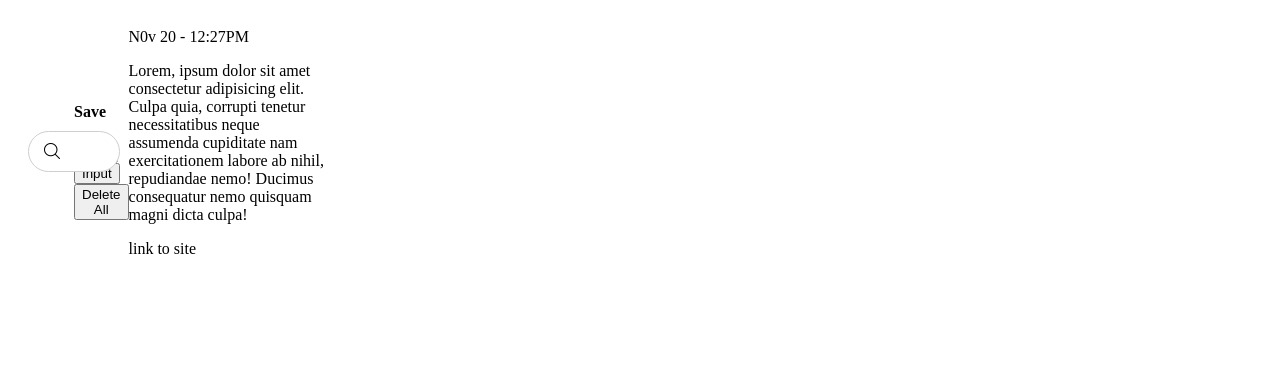
Repository: IdowuMicheal-1/Text-Tab-Organizer
Page: popup.html
These files come from the project's save history. The page is drawn as it stood at one moment and after the next save; the edit follows.
The browser window is 1280 px wide. The pictures show the whole page.

Above is the page before, as saved 2025-05-14 10:23:15.

### popup.html
<!DOCTYPE html>
<html lang="en">
  <head>
    <meta charset="UTF-8" />
    <meta name="viewport" content="width=device-width, initial-scale=1.0" />
    <link rel="stylesheet" href="./popup.css" />
    <title>Tabs</title>
  </head>
  <body>
    <div class="top-div">
        <div class="input-div">
      <input type="text" class="text-ipt"/>
      <img src="./assets/search.png" class="search-icon"/>
      </div>
      <div>
        <div>
          <h4>Save</h4>
          <button>Tabs</button>
          <button>Input</button>
        </div>
        <button>Delete All</button>
      </div>
      <div>
        <div>N0v 20 - 12:27PM</div>

        <p>
          Lorem, ipsum dolor sit amet consectetur adipisicing elit. Culpa quia,
          corrupti tenetur necessitatibus neque assumenda cupiditate nam
          exercitationem labore ab nihil, repudiandae nemo! Ducimus consequatur
          nemo quisquam magni dicta culpa!
        </p>
        <p>link to site</p>
      </div>
    </div>
    <script src="./popup.js"></script>
  </body>
</html>

### popup.css
body {
  width: 300px;
  padding: 20px;
  height: 100px;
  min-height: 100px;
}

.top-div{
    display: flex;
    align-items: center;
}

.input-div {
  position: relative;
}

.search-icon {
  position: absolute;
  top: 12px;
  left: 16px;
  width: 16px;
  height: 16px;
  color: #cecece;
  filter: brightness(20%);
}

.text-ipt {
  width: 100%;
  border-radius: 24px;
  padding: 12px 8px;
  border: 1px solid #cecece;
  padding-left: 36px;
  color: #303030;
}

Loaded but not shown: popup.js (no copy from this time; the picture is the same without it)

After the next save:
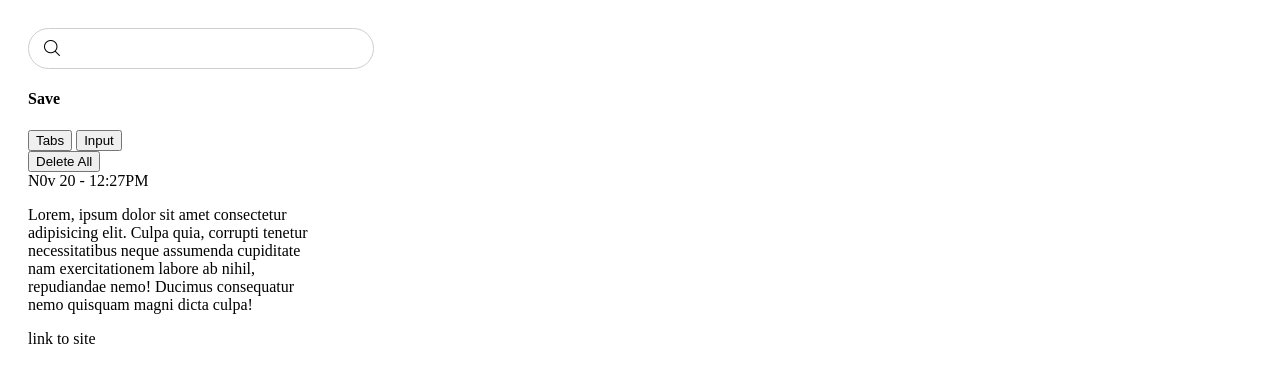
Saved 20 s later.
--- a/popup.css
+++ b/popup.css
@@ -5,10 +5,7 @@ body {
   min-height: 100px;
 }
 
-.top-div{
-    display: flex;
-    align-items: center;
-}
+.top-div{}
 
 .input-div {
   position: relative;
